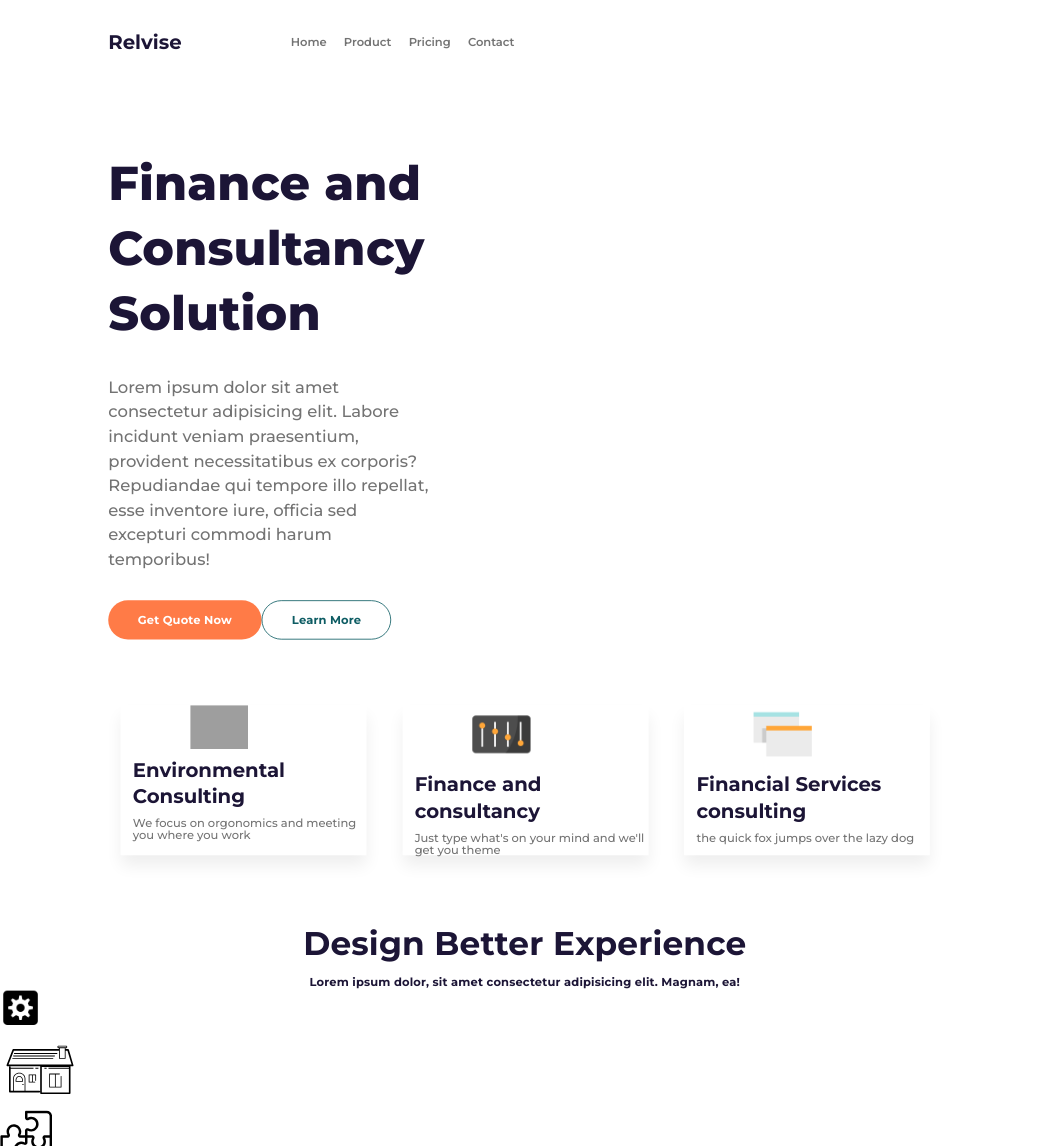
Repository: usalokiN/simple-project
Page: index.html
These files come from the project's save history. The page is drawn as it stood at one moment and after the next save; the edit follows.
The browser window is 1280 px wide. The pictures show the part of the page from y = 0 to 1398 px (the page is 1798 px tall before and 1848 px after), at 82% of full size.
Pictures or frames that could not be fetched are drawn as grey boxes. A picture or video elsewhere on the page could not be fetched, so the positions and the page height are approximate.

Above is the page before, as saved 2022-01-17 13:40:28.

After the next save:
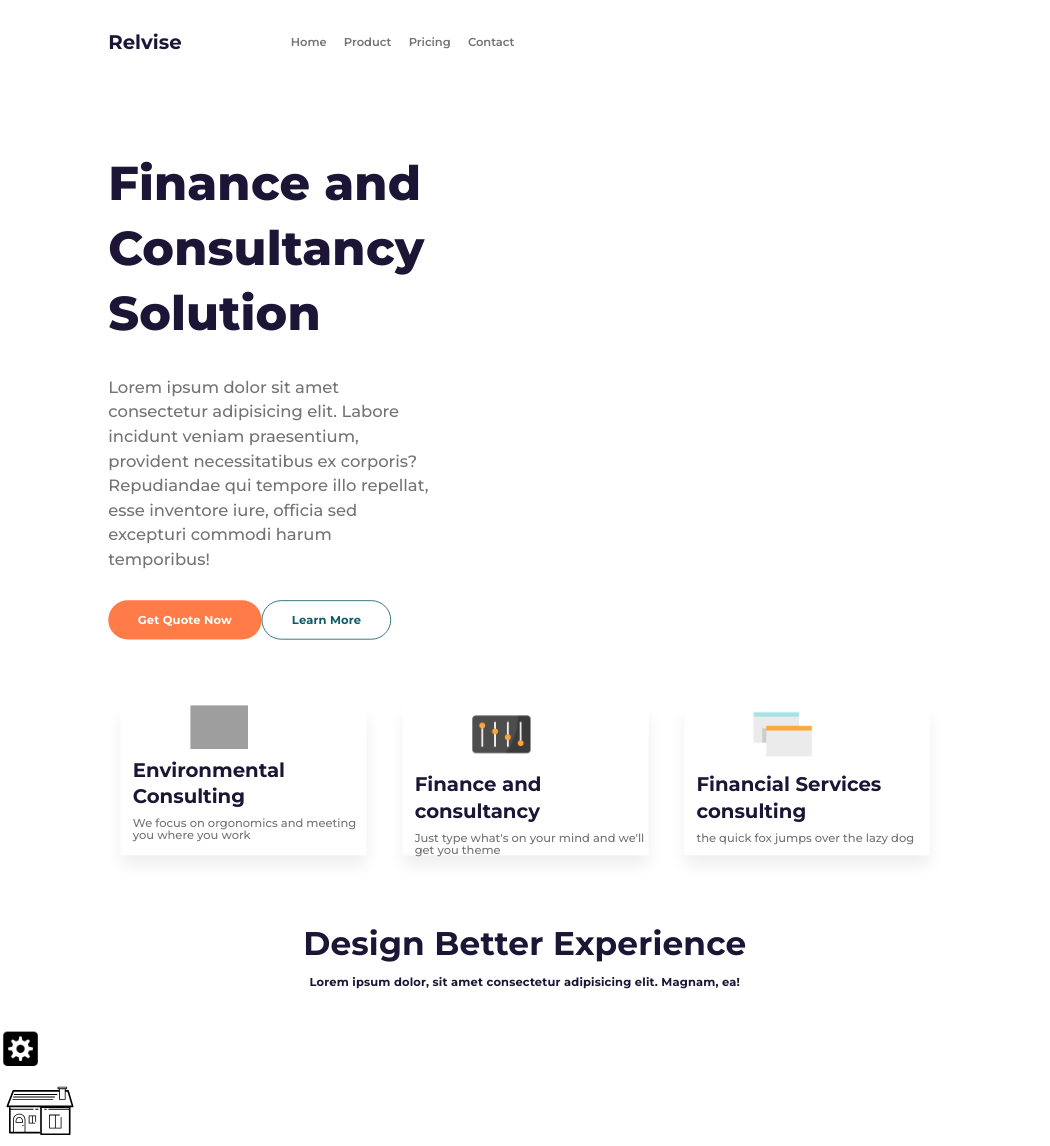
Saved 26 s later.
--- a/css/style.css
+++ b/css/style.css
@@ -355,7 +355,9 @@
 
                     ._container {}
 
-                    .advantages__header {}
+                    .advantages__header {
+                        margin: 0 0 50px 0;
+                    }
 
                     .header-block__sub-title {}
 
